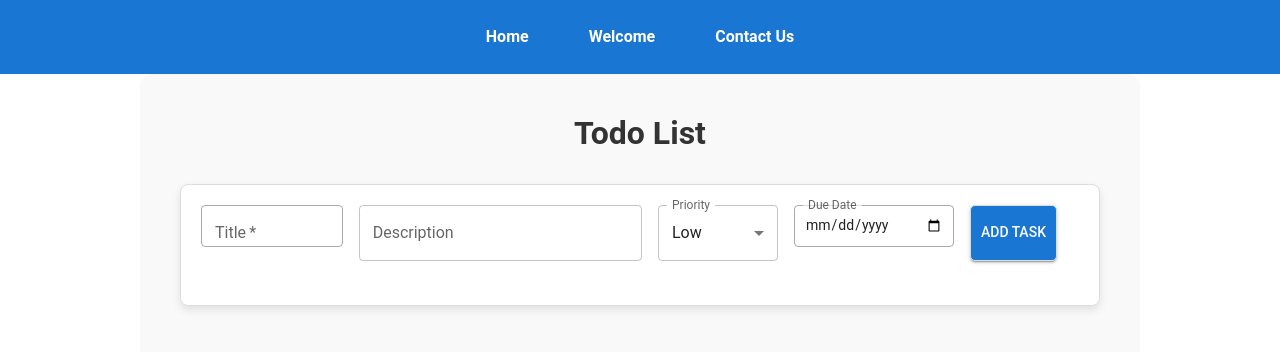
Repository: HPNChanel/Todo-List-Web-App
Page: / (app in frontend/todolist/)
The author's editor kept a copy of each file at every save. The page is drawn from the files as they stood at one save, then again after the next save.
The browser window is 1280 px wide. The pictures show the whole page.
The page's requests for data from a server got no answer. The project was rebuilt for these pictures with package versions that can differ from the ones it lists, and the page was loaded fresh each time. No one was signed in, and anything a server would have sent is missing. Also part of the build but not shown: frontend/todolist/src/styles/TaskItem.css, frontend/todolist/src/components/TaskItem.js, frontend/todolist/src/styles/WelcomePage.css, frontend/todolist/src/pages/WelcomePage.js, frontend/todolist/src/styles/NotFound.css, frontend/todolist/src/pages/NotFound.js. Imported but missing from the stored project, and not drawn on this page: frontend/todolist/src/components/ContactUs.

Above is the page before, as saved 2024-11-05 09:42:13.

After the next save:
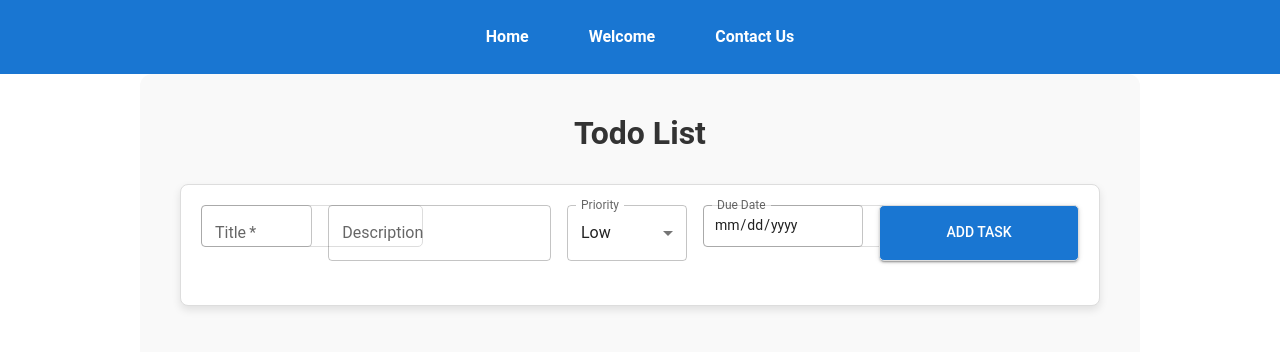
Saved 10 s later.
--- a/frontend/todolist/src/styles/TaskForm.css
+++ b/frontend/todolist/src/styles/TaskForm.css
@@ -8,6 +8,8 @@
   border-radius: 8px;
   background-color: #ffffff;
   box-shadow: 0 4px 8px rgba(0, 0, 0, 0.1);
+  max-width: 100%;
+  box-sizing: border-box;
 }
 
 .task-form input,
@@ -17,6 +19,8 @@
   border-radius: 5px;
   border: 1px solid #ddd;
   font-size: 14px;
+  flex: 1;
+  min-width: 200px;
 }
 
 .task-form button {
@@ -24,6 +28,7 @@
   color: white;
   cursor: pointer;
   transition: background-color 0.3s ease;
+  flex: 0 0 auto;
 }
 
 .task-form button:hover {
